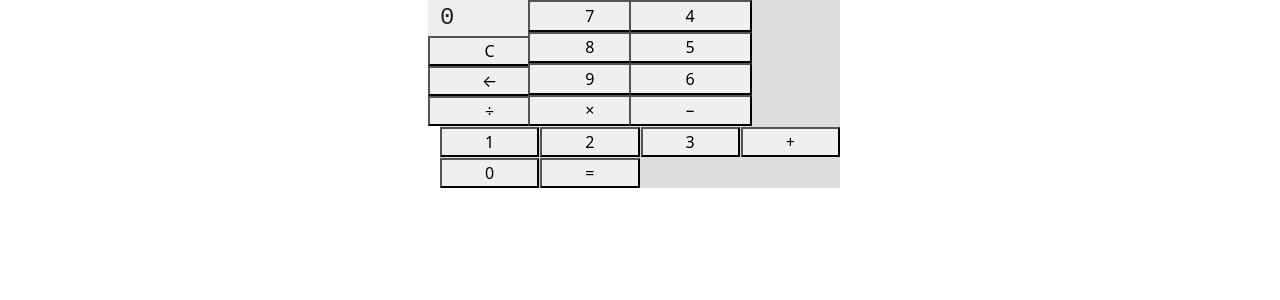
Repository: jgramirez0210/LAB-calculator
Page: index.html
An editor plug-in stored every save of this project. The page is shown before and after a run of saves, followed by the edit.
The browser window is 1280 px wide. The pictures show the whole page.

Above is the page before, as saved 2023-10-10 20:44:54.

After the next 2 saves:
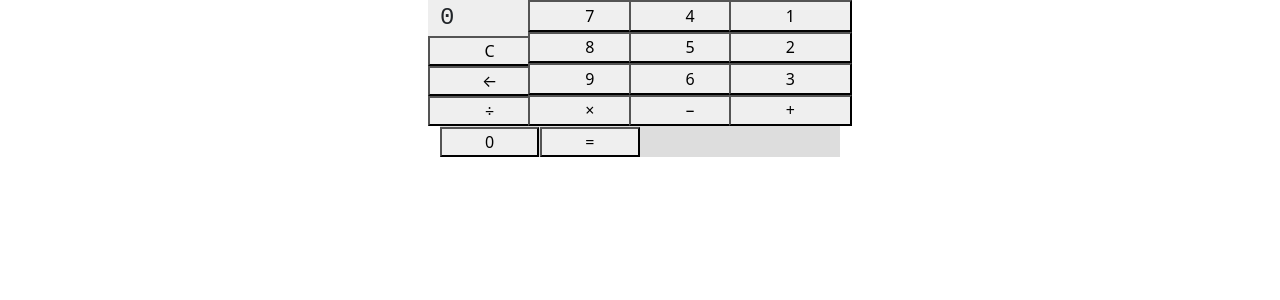
The 2 saves are shown as one change because they came seconds apart.
The last was saved 15 s later.
--- a/index.html
+++ b/index.html
@@ -27,11 +27,13 @@
     <button id="6">6</button>
     <button id="minus">−</button>
   </div>
-  <div class="row"></div>
+  <div class="row">
     <button id="1">1</button>
     <button id="2">2</button>
     <button id="3">3</button>
     <button id="add">+</button>
+  </div>
+
     <button id="0">0</button>
     <button id="=">=</button>
   </div>
